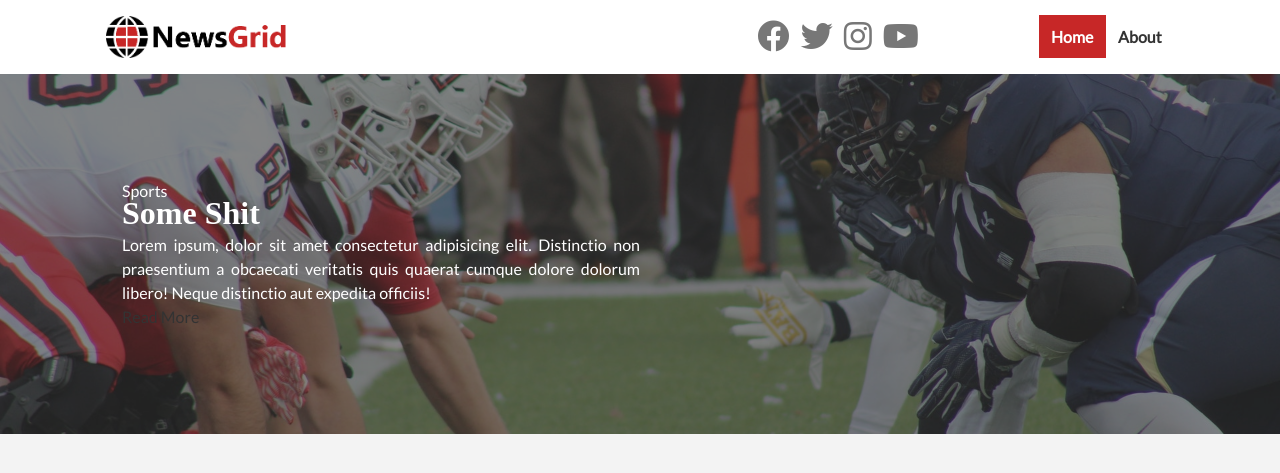
Repository: EswinGiova/NewsGrid
Page: index.html
An editor plug-in stored every save of this project. The page is shown before and after the next save, followed by the edit.
The browser window is 1280 px wide. The pictures show the whole page.
Some web libraries are served in a nearby version.

Above is the page before, as saved 2020-09-19 20:08:29.

### index.html
<!DOCTYPE html>
<html lang="en">
  <head>
    <meta charset="UTF-8" />
    <meta name="viewport" content="width=device-width, initial-scale=1.0" />
    <link rel="shortcut icon" type="image/x-icon" href="favicon.ico" />
    <link
      href="https://fonts.googleapis.com/css2?family=Lato&family=Staatliches&display=swap"
      rel="stylesheet"
    />
    <link rel="stylesheet" href="./css/style.css" />
    <link
      rel="stylesheet"
      media="screen and (max-width: 768px)"
      href="./css/mobile.css"
    />

    <link
      rel="stylesheet"
      href="https://cdnjs.cloudflare.com/ajax/libs/font-awesome/5.14.0/css/all.min.css"
      integrity="sha512-1PKOgIY59xJ8Co8+NE6FZ+LOAZKjy+KY8iq0G4B3CyeY6wYHN3yt9PW0XpSriVlkMXe40PTKnXrLnZ9+fkDaog=="
      crossorigin="anonymous"
    />

    <title>NewsGrid | Latest News</title>
  </head>
  <body>
    <nav id="main-nav">
      <div class="container">
        <img src="./image_resources/logo.png" alt="" class="logo" />
        <div class="social">
          <a href="#" target="_blank"><i class="fab fa-facebook fa-2x"></i></a>
          <a href="#" target="_blank"><i class="fab fa-twitter fa-2x"></i></a>
          <a href="#" target="_blank"><i class="fab fa-instagram fa-2x"></i></a>
          <a href="#" target="_blank"><i class="fab fa-youtube fa-2x"></i></a>
        </div>
        <ul>
          <li><a href="#" class="current">Home</a></li>
          <li><a href="#">About </a></li>
        </ul>
      </div>
    </nav>

    <header id="showcase">
      <div class="container">
        <div class="showcase-container">
          <div class="showcase-content">
            <div class="category category-sports">Sports</div>
            <h1>Some Shit</h1>
            <p>
              Lorem ipsum, dolor sit amet consectetur adipisicing elit.
              Distinctio non praesentium a obcaecati veritatis quis quaerat
              cumque dolore dolorum libero! Neque distinctio aut expedita
              officiis!
            </p>
            <a href="./article.html" class="btn btn-primary">Read More </a>
          </div>
        </div>
      </div>
    </header>
  </body>
</html>

### css/style.css
:root {
  --primary-color: #c72727;
  --secondary-color: #f99500;
  --light-color: #f3f3f3;
  --dark-color: #333;
  --max-width: 1100px;
}

.category {
  --sports-color: #f99500;
  --ent-color: #a66bbe;
  --tech-color: #009cff;
}
* {
  margin: 0;
  padding: 0;
  box-sizing: border-box;
}
body {
  font-family: 'Lato', sans-serif;
  line-height: 1.5;
  background: var(--light-color);
}

a {
  color: var(--dark-color);
  text-decoration: none;
}

ul {
  list-style: none;
}

img {
  width: 100%;
}

h1,
h2,
h3,
h4,
h5,
h6 {
  font-family: 'Staaliches', cursive;
  margin-bottom: 0.55rem;
  line-height: 1.3rem;
}

/*  utility class */

.container {
  max-width: var(--max-width);
  margin: auto;
  padding: 0 2rem;
  overflow: hidden;
}

/* Navigation */
#main-nav {
  background: #fff;
  position: sticky;
  top: 0;
  z-index: 2;
}

#main-nav .container {
  display: grid;
  grid-template-columns: 6fr 3fr 2fr;
  padding: 1rem;
  align-items: center;
}

#main-nav .logo {
  width: 180px;
}

#main-nav ul {
  display: flex;
  justify-self: end;
}

#main-nav ul li a {
  padding: 0.77rem;
  font-weight: bold;
}

#main-nav ul li .current {
  background: var(--primary-color);
  color: white;
}

#main-nav ul li .current:hover {
  background: var(--light-color);
  color: var(--dark-color);
}
#main-nav .social {
  justify-self: center;
}

#main-nav .social i {
  color: #777;
  margin-left: 0.5rem;
}

/* showcase */
#showcase {
  background: #333;
  color: #fff;
  position: relative;
}

#showcase:before {
  content: '';
  background: url('../image_resources/featured.jpg') center center/cover;
  position: absolute;
  top: 0;
  left: 0;
  width: 100%;
  height: 100%;
  opacity: 0.4;
}
#showcase .showcase-container {
  height: 50vh;
  display: grid;
  grid-template-columns: repeat(2, 1fr);
  justify-content: center;
  align-content: center;
}
#showcase .showcase-container .showcase-content {
  z-index: 2;
  text-align: justify;
}

Loaded but not shown: css/mobile.css (no copy from this time; the picture is the same without it)

After the next save:
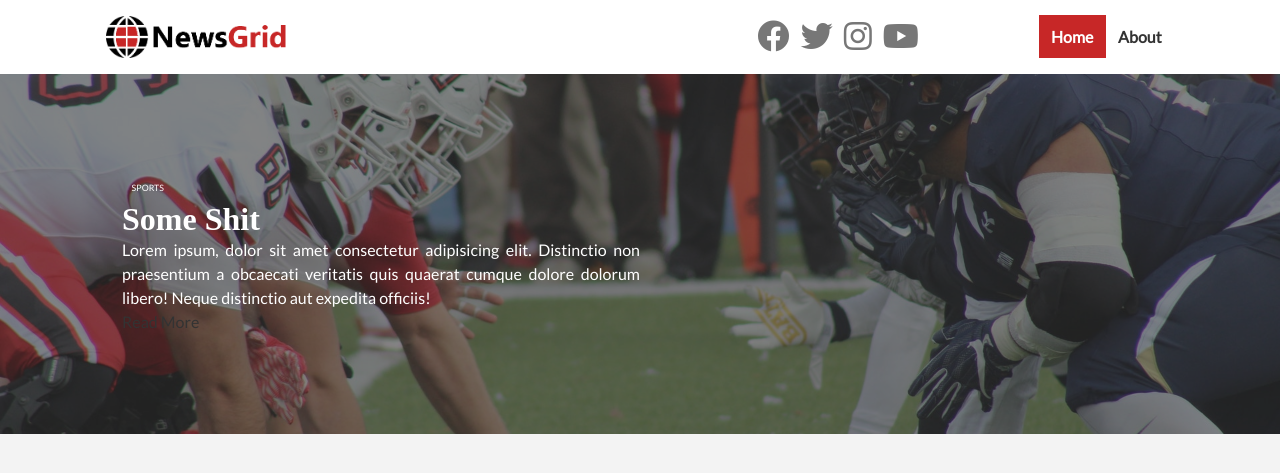
Saved 113 s later.
--- a/css/style.css
+++ b/css/style.css
@@ -53,6 +53,18 @@ h6 {
   margin: auto;
   padding: 0 2rem;
   overflow: hidden;
+}
+
+/* category */
+
+.category {
+  display: inline-block;
+  color: #fff;
+  font-size: 0.55rem;
+  text-transform: uppercase;
+  padding: 0.4rem 0.6rem;
+  border-radius: 15px;
+  margin-bottom: 0.5rem;
 }
 
 /* Navigation */
